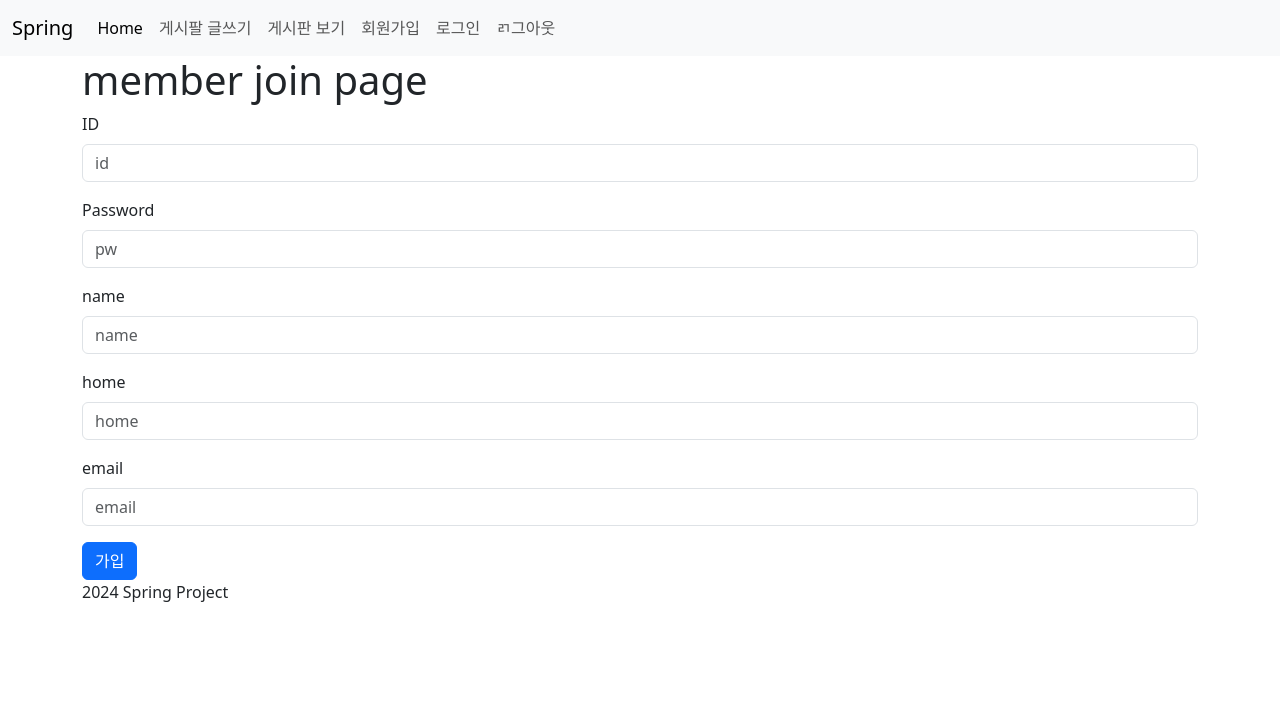
Repository: tkwkduddnd/SpringTest240430
Page: http://localhost/spring_study/WEB-INF/views/member/register.jsp
An editor plug-in stored every save of this project. The page is shown before and after the next save, followed by the edit.
The browser window is 1280 px wide. The pictures show the whole page.
The page is served by Tomcat 9. Nobody is signed in. The template is opened directly, without the code that normally fills it, so the values that code supplies are empty.

Above is the page before, as saved 2024-04-25 05:58:02.

### spring_study/src/main/webapp/WEB-INF/views/member/register.jsp
<%@ page language="java" contentType="text/html; charset=UTF-8"
	pageEncoding="UTF-8"%>

<jsp:include page="../layout/header.jsp" />
<div class="container-md">
	<h1>member join page</h1>
	<form action="" method="post">
			<div class="mb-3">
			  <label for="i" class="form-label">ID</label>
			  <input type="text" class="form-control" name="id" id="i" placeholder="id">
			</div>

			<div class="mb-3">
			  <label for="p" class="form-label">Password</label>
			  <input type="password" class="form-control" name="pw" id="p" placeholder="pw">
			</div>

			<div class="mb-3">
			  <label for="n" class="form-label">name</label>
			  <input type="text" class="form-control" name="name" id="n" placeholder="name">
			</div>

			<div class="mb-3">
			  <label for="h" class="form-label">home</label>
			  <input type="text" class="form-control" name="home" id="h" placeholder="home">
			</div>

			<div class="mb-3">
			  <label for="e" class="form-label">email</label>
			  <input type="email" class="form-control" name="email" id="e" placeholder="email">
			</div>


			<button type="submit" class="btn btn-primary">가입</button>
</form>










	<jsp:include page="../layout/footer.jsp" />

### spring_study/src/main/webapp/WEB-INF/views/layout/header.jsp
<%@ page language="java" contentType="text/html; charset=UTF-8"
    pageEncoding="UTF-8"%>
<!DOCTYPE html>
<html>
<head>
<meta charset="UTF-8">
<title>header.jsp</title>
<link href="https://cdn.jsdelivr.net/npm/bootstrap@5.3.3/dist/css/bootstrap.min.css" rel="stylesheet" integrity="sha384-QWTKZyjpPEjISv5WaRU9OFeRpok6YctnYmDr5pNlyT2bRjXh0JMhjY6hW+ALEwIH" crossorigin="anonymous">
<script src="https://cdn.jsdelivr.net/npm/bootstrap@5.3.3/dist/js/bootstrap.bundle.min.js" integrity="sha384-YvpcrYf0tY3lHB60NNkmXc5s9fDVZLESaAA55NDzOxhy9GkcIdslK1eN7N6jIeHz" crossorigin="anonymous"></script>
</head>
<body>
<nav class="navbar navbar-expand-lg bg-body-tertiary">
  <div class="container-fluid">
    <a class="navbar-brand" href="#">Spring</a>
    <button class="navbar-toggler" type="button" data-bs-toggle="collapse" data-bs-target="#navbarSupportedContent" aria-controls="navbarSupportedContent" aria-expanded="false" aria-label="Toggle navigation">
      <span class="navbar-toggler-icon"></span>
    </button>
    <div class="collapse navbar-collapse" id="navbarSupportedContent">
      <ul class="navbar-nav me-auto mb-2 mb-lg-0">
        <li class="nav-item">
          <a class="nav-link active" aria-current="page" href="/">Home</a>
        </li>
        <li class="nav-item">
          <a class="nav-link" href="/board/register">게시팔 글쓰기</a>
        </li>
        <li class="nav-item">
          <a class="nav-link" href="/board/list">게시판 보기</a>
        </li>
        <li class="nav-item">
          <a class="nav-link" href="#">회원가입</a>
        </li>
        <li class="nav-item">
          <a class="nav-link" href="#">로그인</a>
        </li>
        <li class="nav-item">
          <a class="nav-link" href="#">ㄺ그아웃</a>
        </li>
        </ul>
    </div>
  </div>
</nav>

### spring_study/src/main/webapp/WEB-INF/views/layout/footer.jsp
<%@ page language="java" contentType="text/html; charset=UTF-8"
    pageEncoding="UTF-8"%>
<div class="mb-3">
	2024 Spring Project
</div>

</body>
</html>

After the next save:
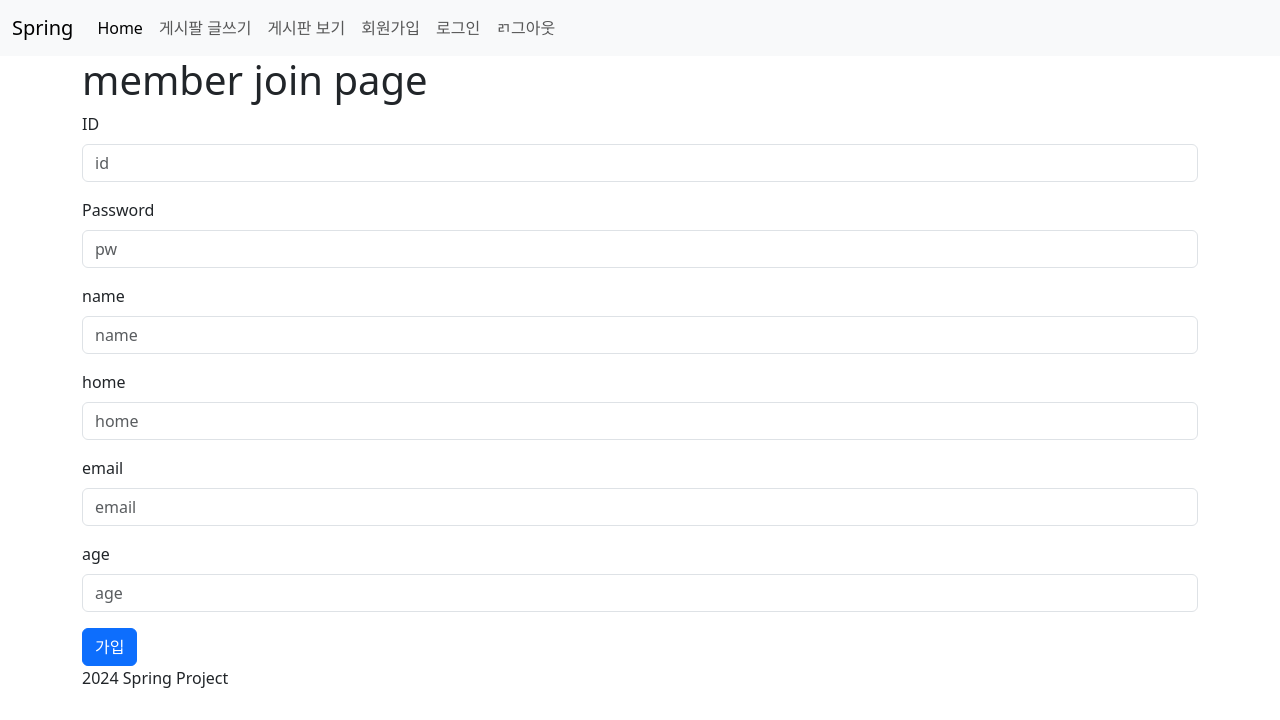
Saved 3 min 5 s later.
--- a/spring_study/src/main/webapp/WEB-INF/views/member/register.jsp
+++ b/spring_study/src/main/webapp/WEB-INF/views/member/register.jsp
@@ -4,7 +4,7 @@
 <jsp:include page="../layout/header.jsp" />
 <div class="container-md">
 	<h1>member join page</h1>
-	<form action="" method="post">
+	<form action="member/register" method="post">
 			<div class="mb-3">
 			  <label for="i" class="form-label">ID</label>
 			  <input type="text" class="form-control" name="id" id="i" placeholder="id">
@@ -30,6 +30,11 @@
 			  <input type="email" class="form-control" name="email" id="e" placeholder="email">
 			</div>
 
+			<div class="mb-3">
+			  <label for="a" class="form-label">age</label>
+			  <input type="text" class="form-control" name="age" id="a" placeholder="age">
+			</div>
+
 
 			<button type="submit" class="btn btn-primary">가입</button>
 </form>
